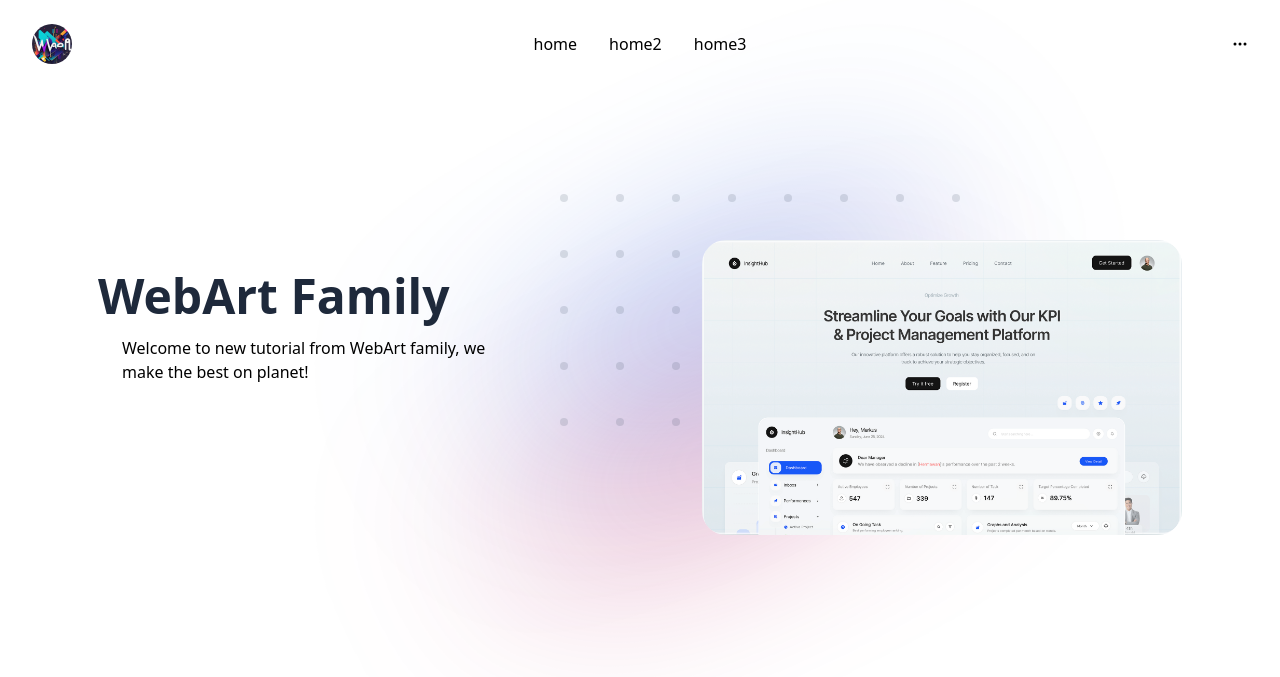
Repository: 30namp/youtube-web-art-code
Page: stunning landing page 1/index.html
The author's editor kept a copy of each file at every save. The page is drawn from the files as they stood at one save, then again after the next save.
The browser window is 1280 px wide. The pictures show the whole page.

Above is the page before, as saved 2024-09-26 21:09:59.

After the next save:
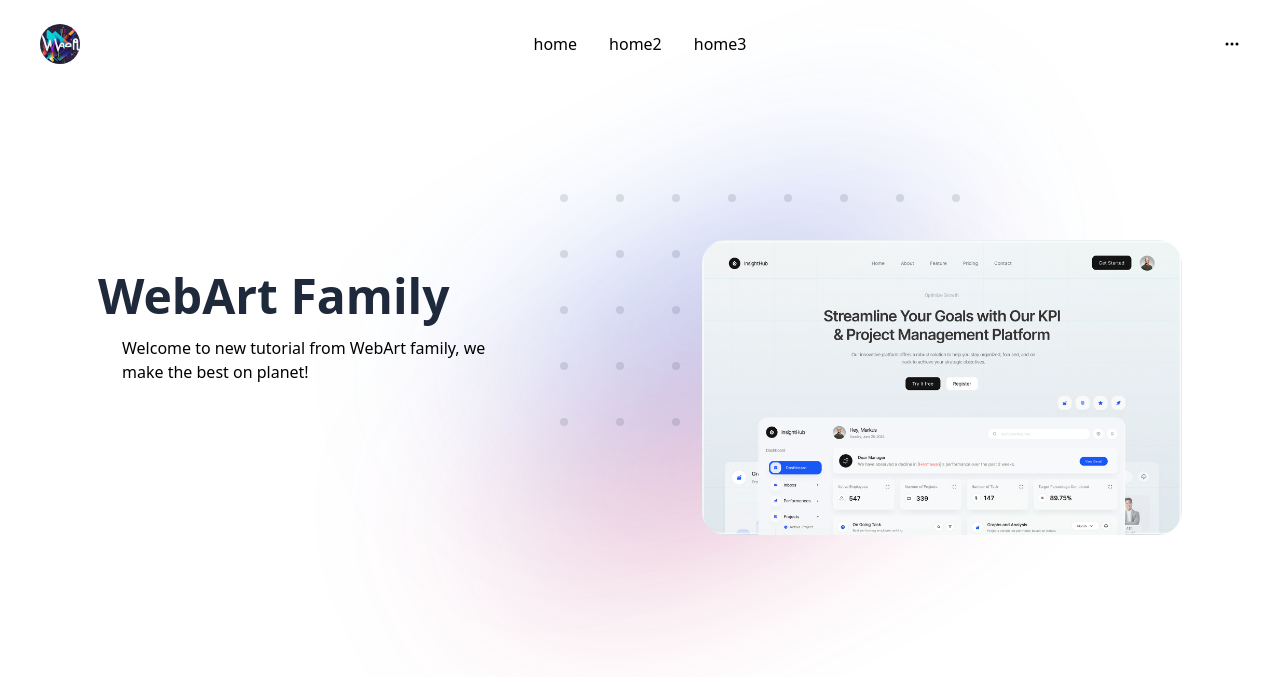
Saved 11 s later.
--- a/stunning landing page 1/index.html
+++ b/stunning landing page 1/index.html
@@ -62,7 +62,7 @@
     <nav
       class="absolute top-0 left-0 right-0 flex justify-center items-center py-8 px-8"
     >
-      <a href="/" class="absolute left-0 px-8">
+      <a href="/" class="absolute left-0 px-10">
         <img class="size-10 rounded-full" src="./assets/img/logo.jpg" alt="" />
       </a>
 
@@ -72,7 +72,7 @@
         <a href="#">home3</a>
       </div>
 
-      <button class="absolute right-0 px-8">
+      <button class="absolute right-0 px-10">
         <svg
           xmlns="http://www.w3.org/2000/svg"
           width="16"

After the save that followed:
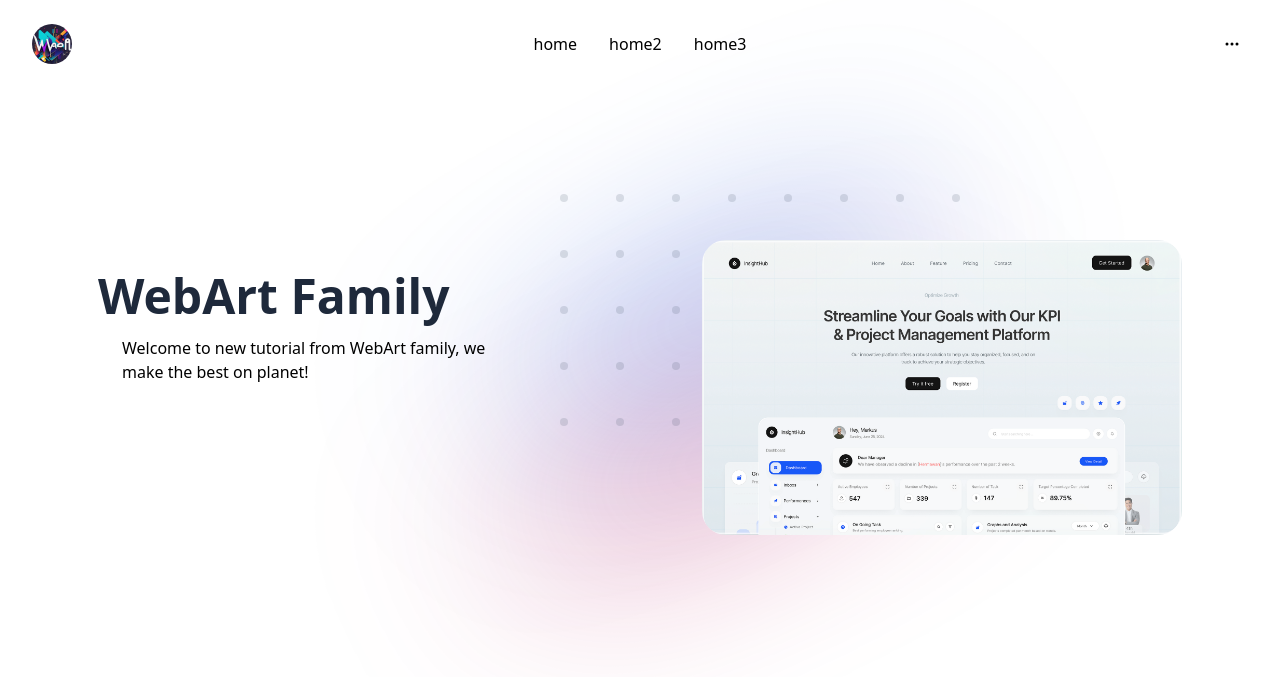
Saved 12 s later.
--- a/stunning landing page 1/index.html
+++ b/stunning landing page 1/index.html
@@ -62,7 +62,7 @@
     <nav
       class="absolute top-0 left-0 right-0 flex justify-center items-center py-8 px-8"
     >
-      <a href="/" class="absolute left-0 px-10">
+      <a href="/" class="absolute left-0 px-8">
         <img class="size-10 rounded-full" src="./assets/img/logo.jpg" alt="" />
       </a>
 
